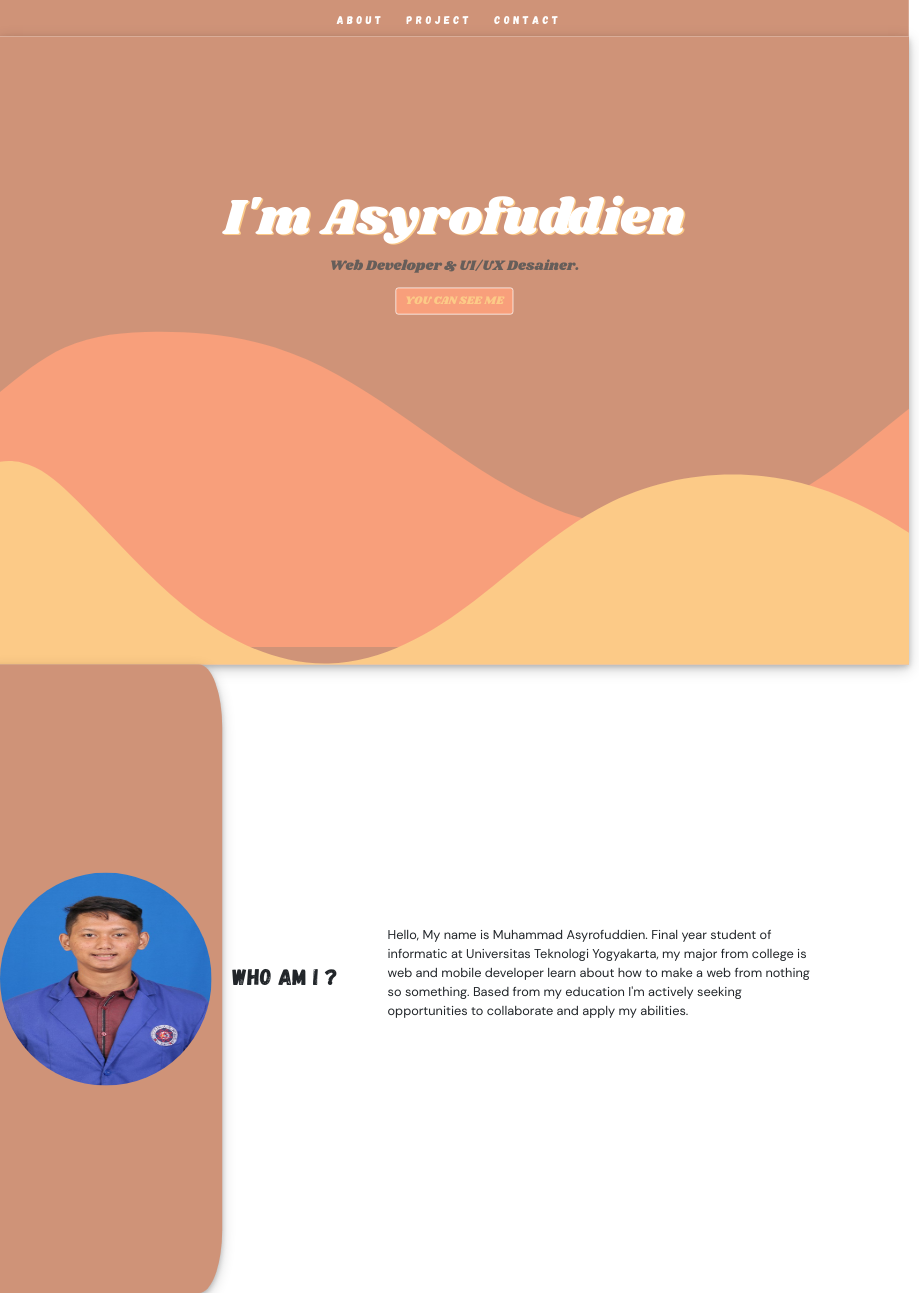
Repository: zetta-muhammad-asyrofuddien/Html-Css-ZettaCAmp
Page: Day1/Portofolio/index.html
The author's editor kept a copy of each file at every save. The page is drawn from the files as they stood at one save, then again after the next save.
The browser window is 1280 px wide. The page is 1295 px wide, so the pictures cover 1295 px, including what lies to the right of the window. The pictures show the whole page, at 71% of full size.

Above is the page before, as saved 2023-07-06 18:52:32.

After the next save:
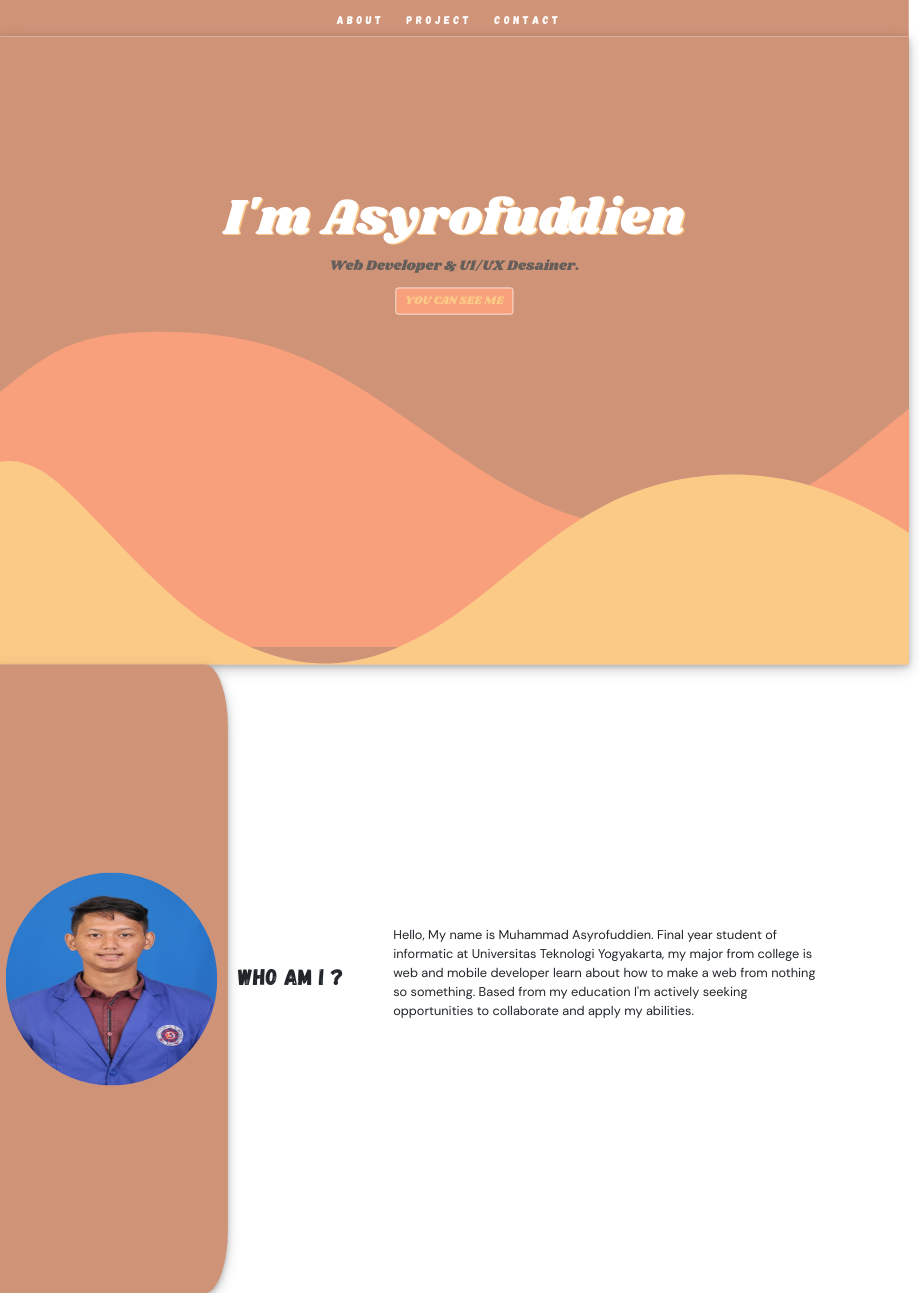
Saved 15 s later.
--- a/Day1/Portofolio/index.html
+++ b/Day1/Portofolio/index.html
@@ -48,7 +48,7 @@
 
     <!-- About -->
     <div class="row">
-      <div class="col-3 about-kiri d-flex align-items-center justify-content-center">
+      <div class="col-3 about-kiri d-flex align-items-center justify-content-center ml-2">
         <img class="foto" src="./asset/img/foto.jpeg" alt="" width="300px" height="300px" />
       </div>
       <div class="col-2 d-flex align-items-center about-kanan text-center">

After the save that followed:
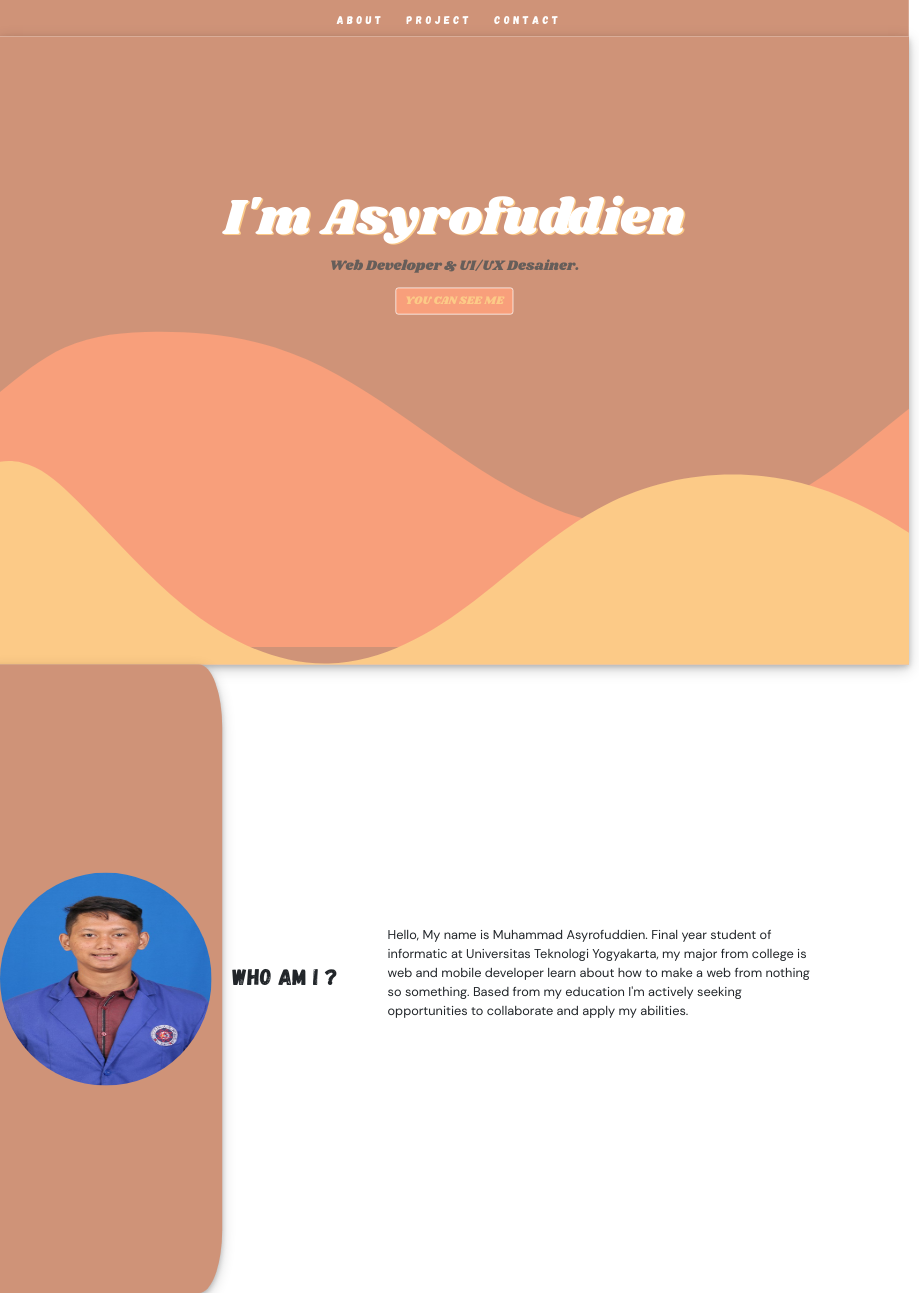
Saved 4 s later.
--- a/Day1/Portofolio/index.html
+++ b/Day1/Portofolio/index.html
@@ -48,7 +48,7 @@
 
     <!-- About -->
     <div class="row">
-      <div class="col-3 about-kiri d-flex align-items-center justify-content-center ml-2">
+      <div class="col-3 about-kiri d-flex align-items-center justify-content-center">
         <img class="foto" src="./asset/img/foto.jpeg" alt="" width="300px" height="300px" />
       </div>
       <div class="col-2 d-flex align-items-center about-kanan text-center">
